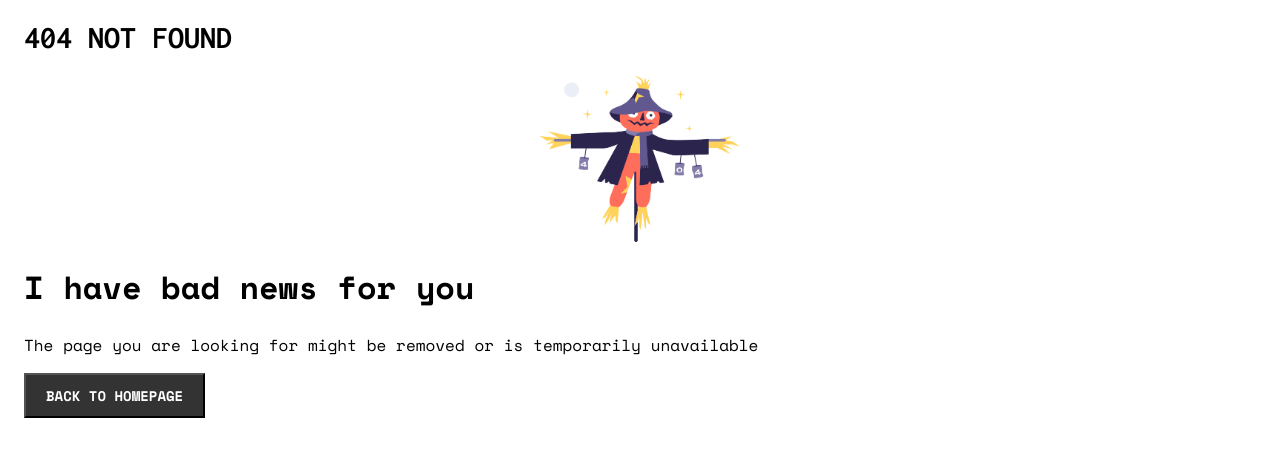
Repository: kellyalves87/404_not_found
Page: index.html
An editor plug-in stored every save of this project. The page is shown before and after the next save, followed by the edit.
The browser window is 1280 px wide. The pictures show the whole page.

Above is the page before, as saved 2021-05-16 14:55:07.

After the next save:
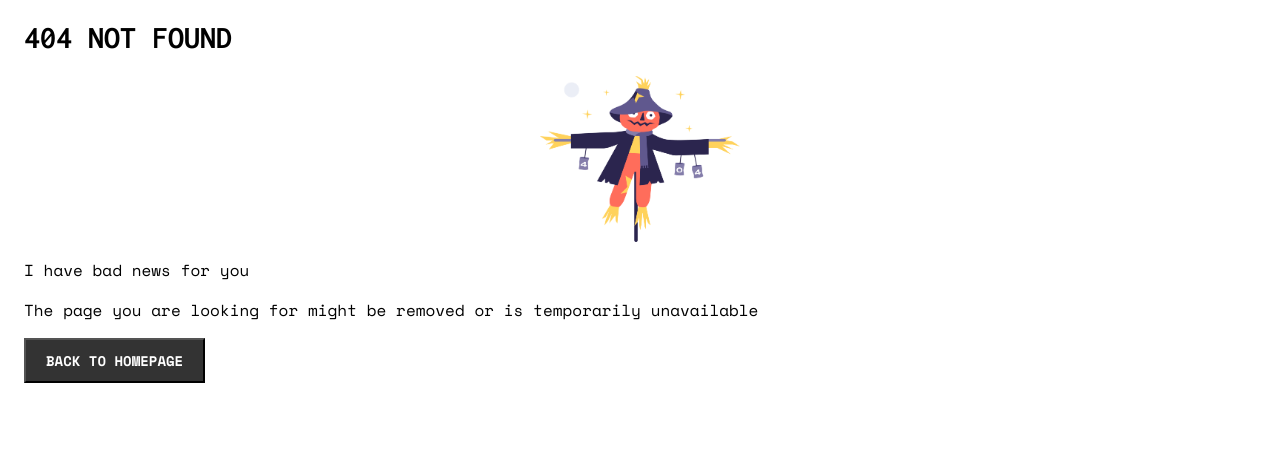
Saved 90 s later.
--- a/index.html
+++ b/index.html
@@ -21,7 +21,7 @@
 <body>
     <img src="./assets/Scarecrow.png" alt="straw man">
   <div class="content">
-    <h1>I have bad news for you</h1>
+    <p>I have bad news for you</p>
     <p>The page you are looking for might be removed or is temporarily unavailable</p>
     <button type="button">back to homepage</button>
   </div>

After the save that followed:
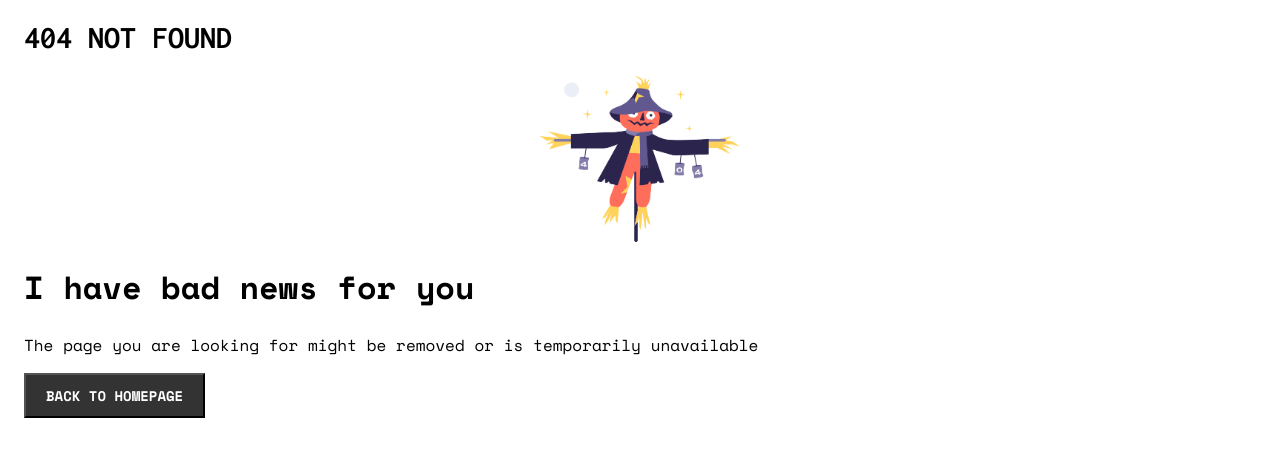
Saved 13 s later.
--- a/index.html
+++ b/index.html
@@ -21,7 +21,7 @@
 <body>
     <img src="./assets/Scarecrow.png" alt="straw man">
   <div class="content">
-    <p>I have bad news for you</p>
+    <h1>I have bad news for you</h1>
     <p>The page you are looking for might be removed or is temporarily unavailable</p>
     <button type="button">back to homepage</button>
   </div>
